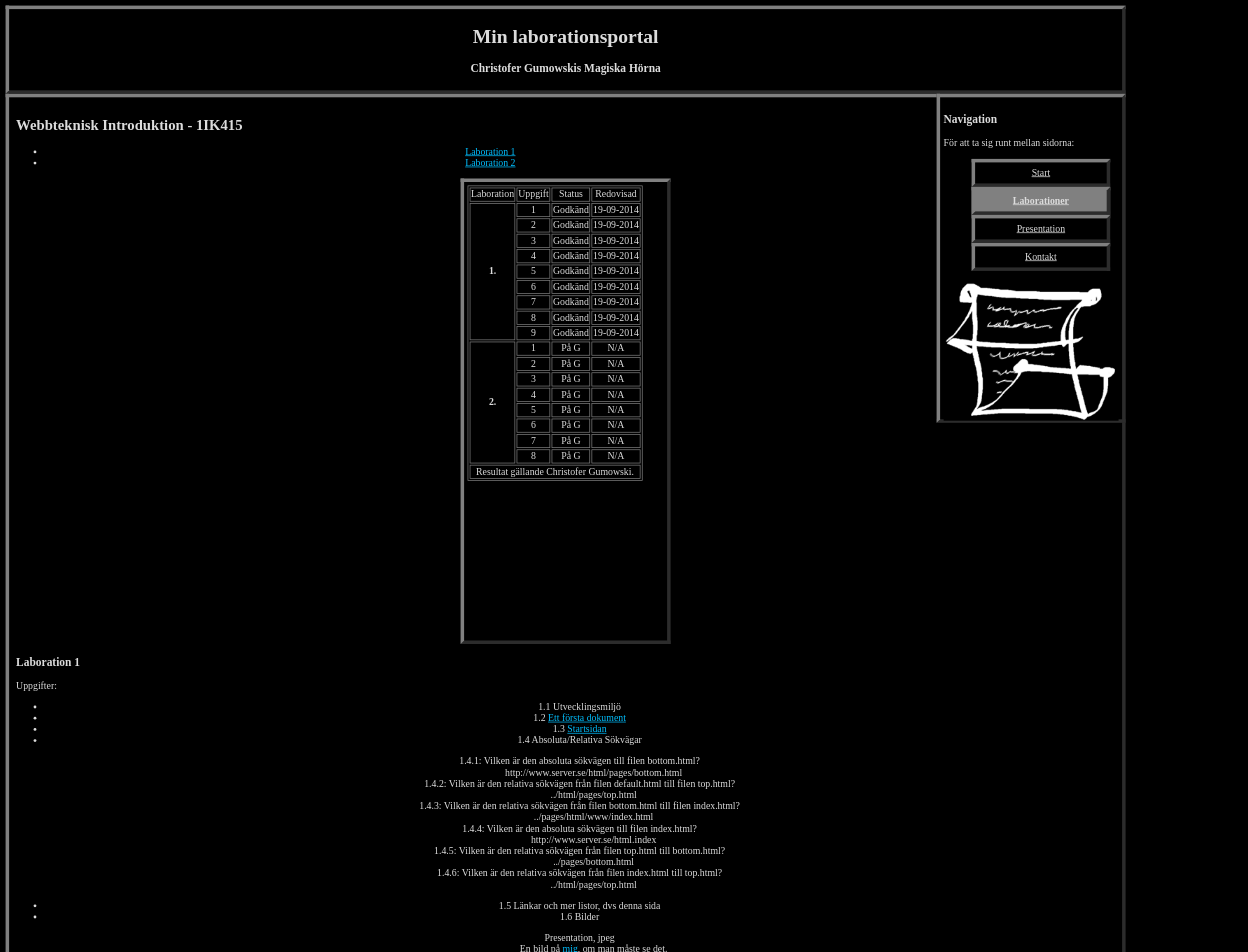
Repository: cg222im/1IK415_cg222im
Page: pages/laborationer.html
The author's editor kept a record of every edit. The page is drawn from the files as they stood at one moment, then again after the next edit.
The browser window is 1280 px wide. The page is 1608 px wide, then 1783 px, so the pictures cover 1783 px, including what lies to the right of the window. The pictures show the part of the page from y = 0 to 1360 px (the page is 1870 px tall), at 70% of full size.

Above is the page before.

After the next edit:
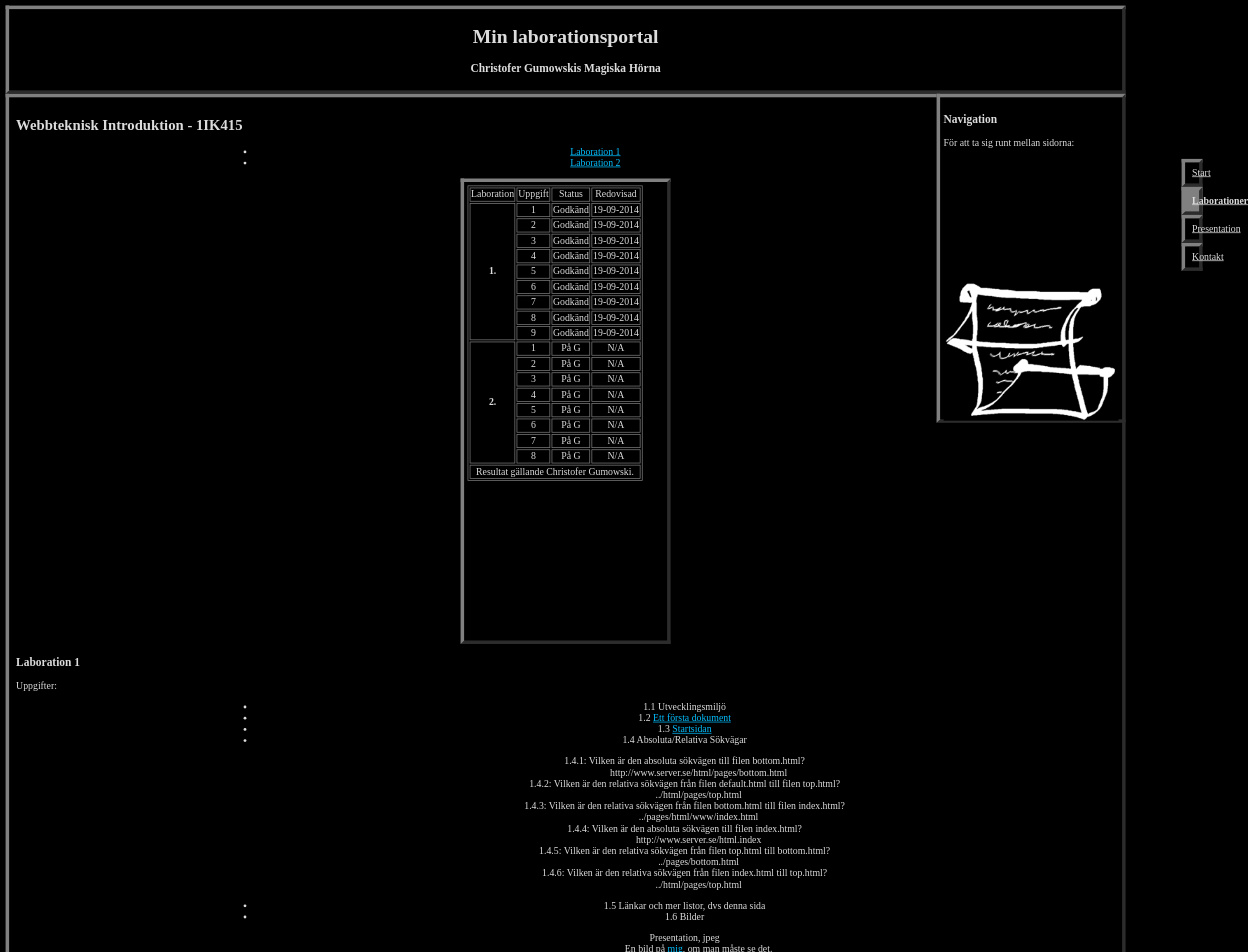
The edit:
--- a/css/style.css
+++ b/css/style.css
@@ -59,6 +59,7 @@
 .footer, ol, li {
     color: #DCDCDC;
     text-align: center;
+    margin-left: 300px;
 }
 #bloglist {
     border-style: inset;
